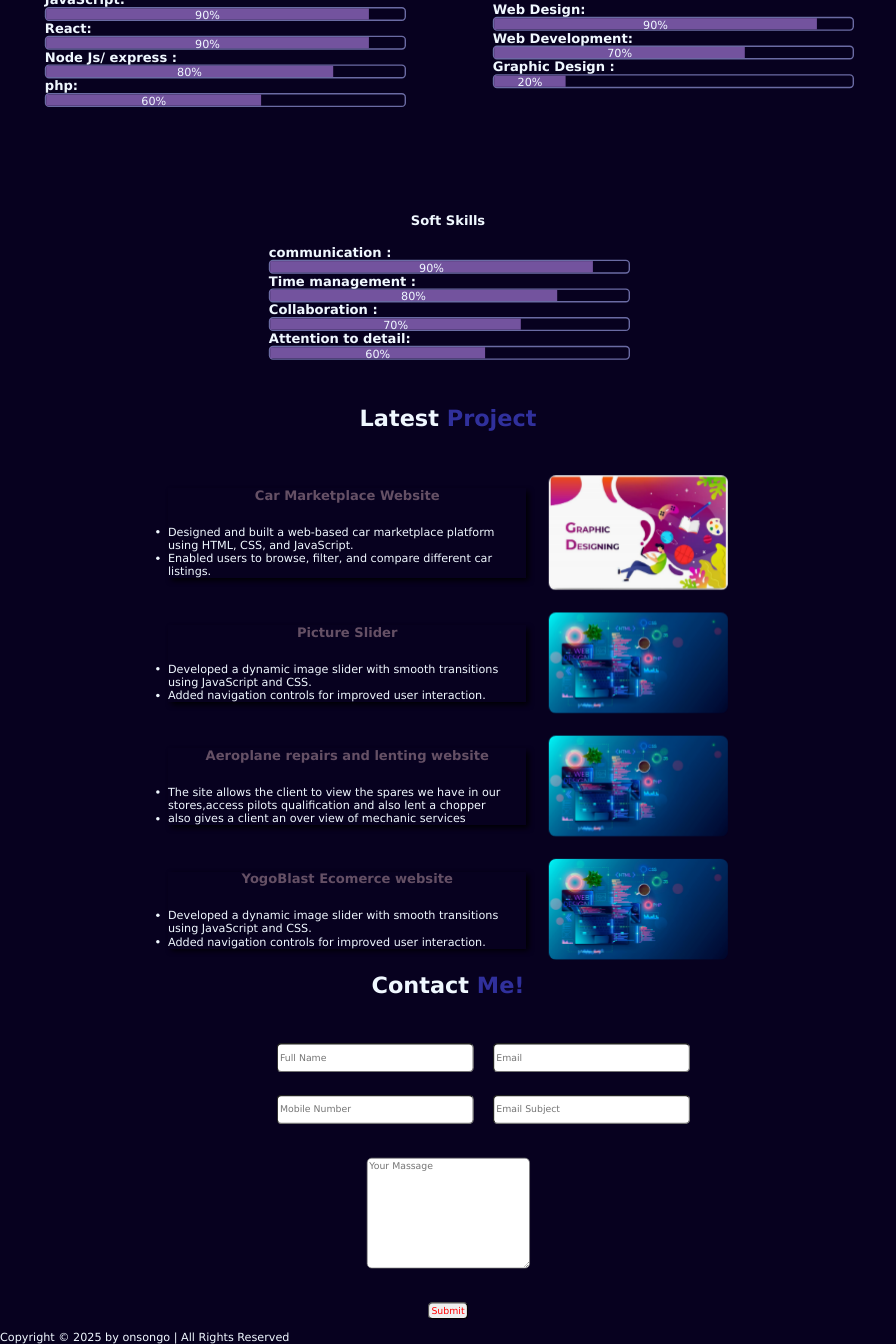
Repository: shrewd-baddest/portfolio
Page: myportfolio-main/index.html
An editor plug-in stored every save of this project. The page is shown before and after a run of saves, followed by the edit.
The browser window is 1280 px wide. The pictures show the part of the page from y = 1650 to 3570 px (the page is 3570 px tall), at 70% of full size.
Some web libraries are served in a nearby version.

Above is the page before, as saved 2025-06-24 07:58:06.

After the next 3 saves:
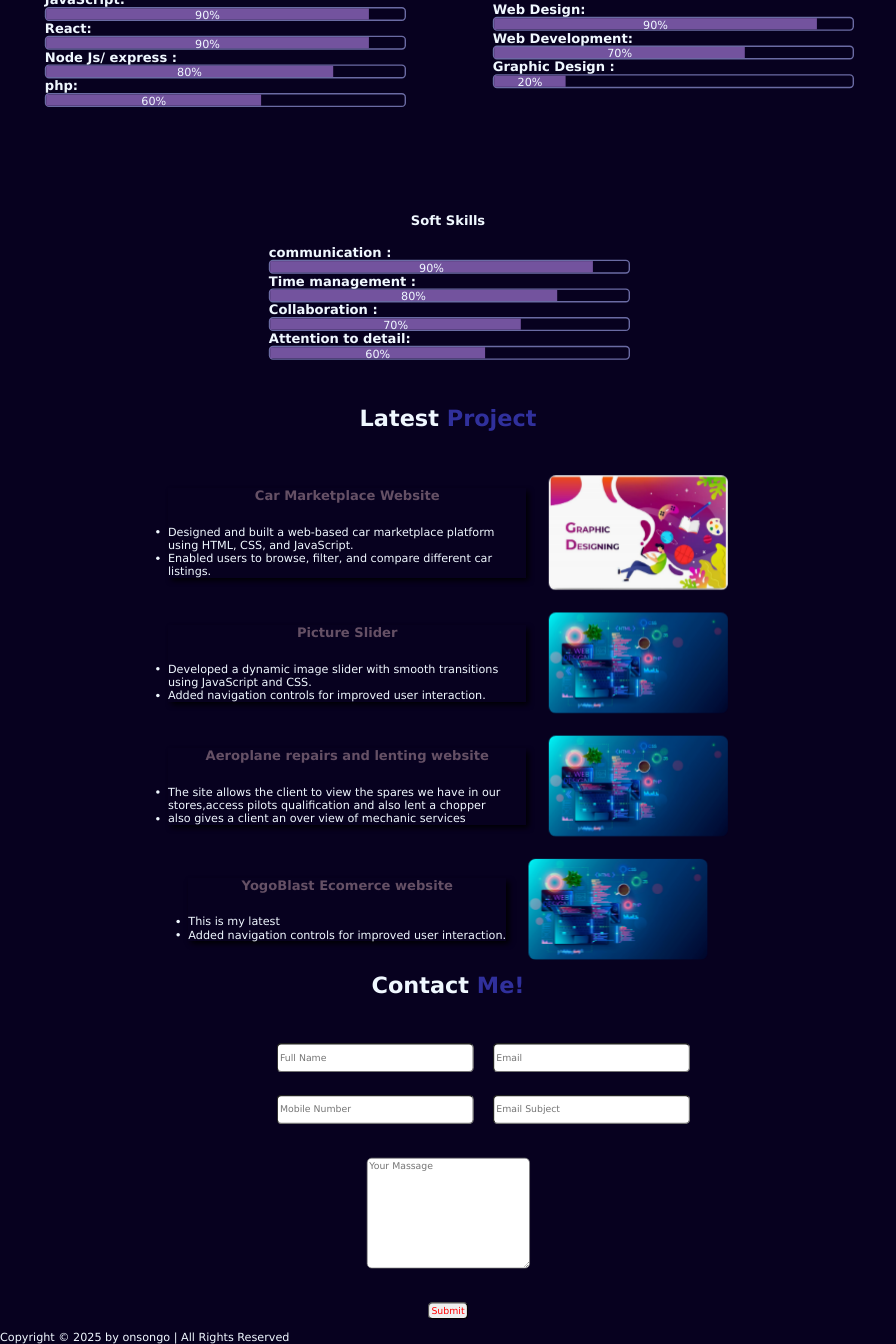
The 3 saves are shown as one change because they came seconds apart.
The last was saved 28 s later.
--- a/myportfolio-main/index.html
+++ b/myportfolio-main/index.html
@@ -210,7 +210,7 @@
                 <div class="portfolio-layer">
                    <a href=""> <h3>YogoBlast Ecomerce website</h3></a>
                     <ul>
-                        <li>Developed a dynamic image slider with smooth transitions using JavaScript and CSS.</li>
+                        <li>This is my latest </li>
                         <li>Added navigation controls for improved user interaction.</li>
                     </ul>
 
